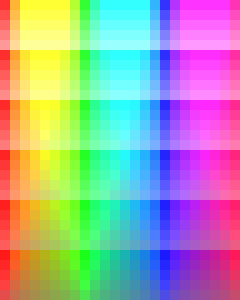
Repository: GitUserG1729/mapf
Script's output: python mapf_visualizer-py/color.py
An editor plug-in stored every save of this project. The script's output is shown before and after the next save, followed by the edit.
The window is shown after at most 60 frames with no key pressed. Random numbers start from a fixed seed.

Above is the script's output before, as saved 2021-07-19 14:28:13.

After the next save:
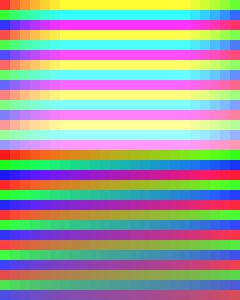
Saved 16 min 20 s later.
--- a/mapf_visualizer-py/color.py
+++ b/mapf_visualizer-py/color.py
@@ -8,7 +8,7 @@ def k_contrast_color(k_color, RGB_list):
   # intensive : 0.5-1.0, min_step: 0.1(6)
   # max_color = 72*6*6 = 2592
 
-  H_min_step = 15
+  H_min_step = 5
   H_max_num = 360 // H_min_step
   S_min_step = 0.1
   S_max_num = math.floor(0.4 / S_min_step) + 1
